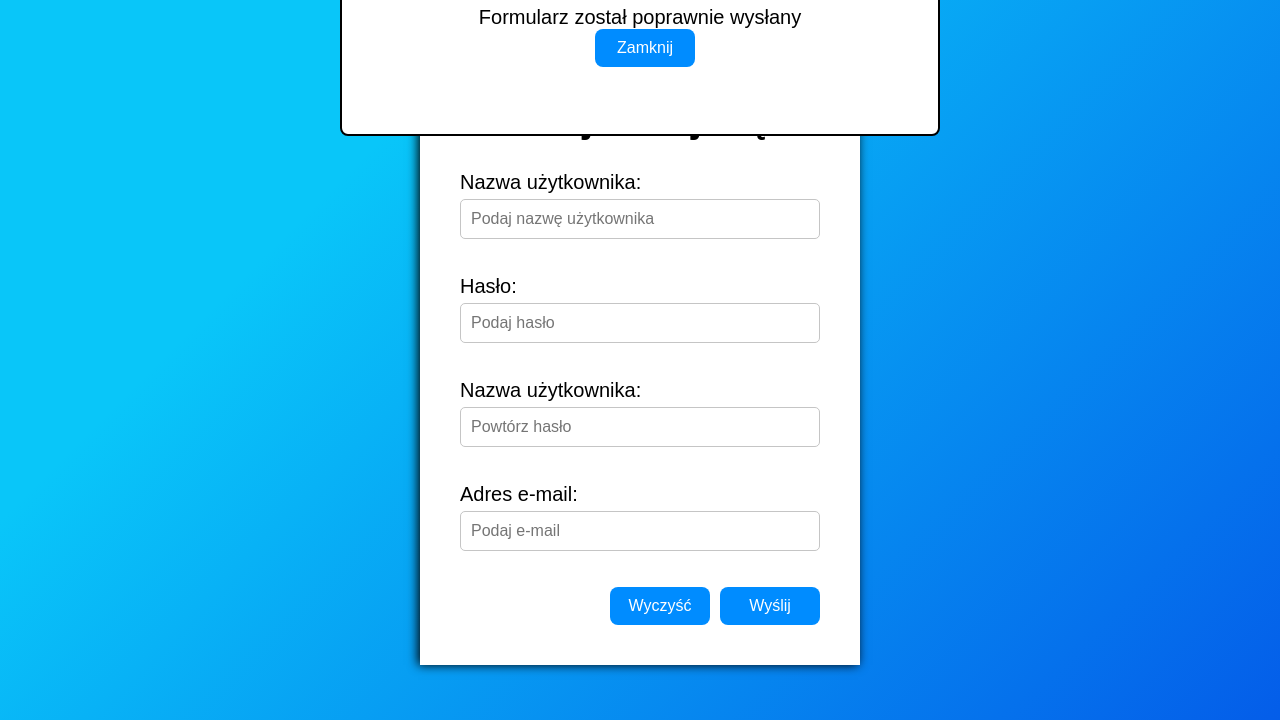
Repository: KrzysKolo/Projekt-3_Formularz-rejestracyjny
Page: index.html
These files come from the project's save history. The page is drawn as it stood at one moment and after the next save; the edit follows.
The browser window is 1280 px wide. The pictures show the whole page.
Some web fonts or font styles are not loaded; a fallback is used.

Above is the page before, as saved 2020-07-04 03:47:19.

After the next save:
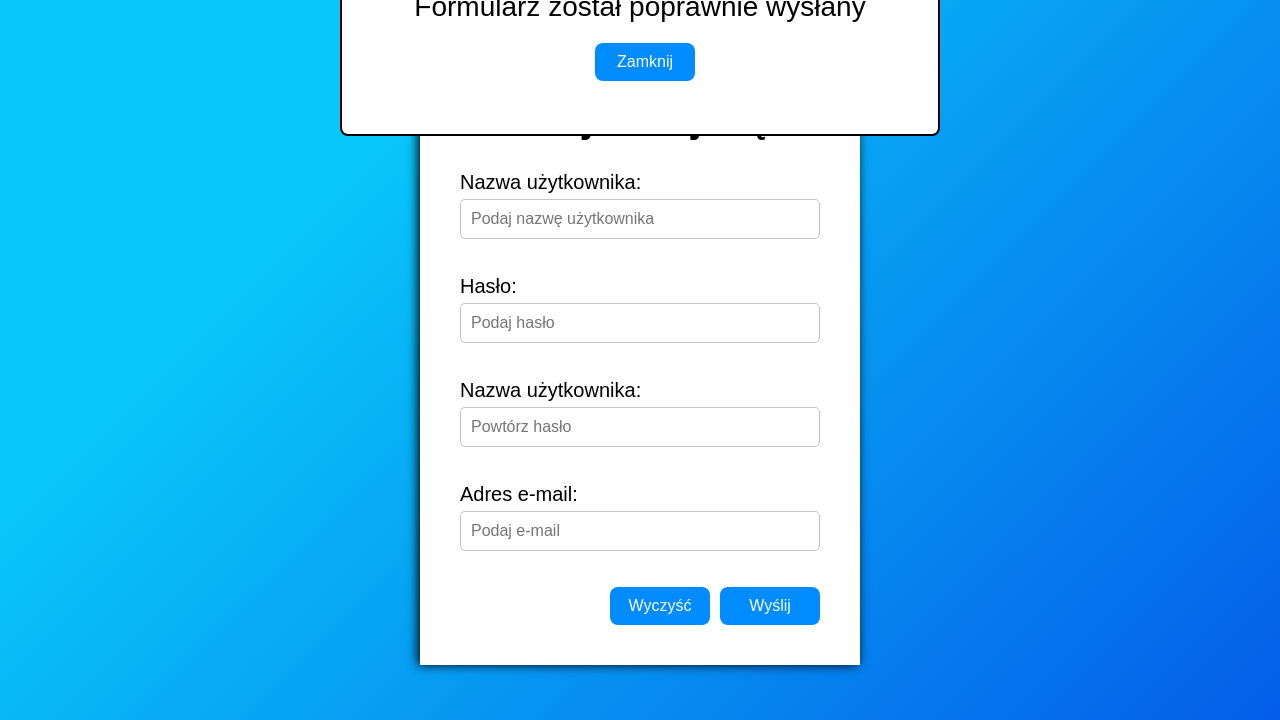
Saved 79 s later.
--- a/css/style.css
+++ b/css/style.css
@@ -92,3 +92,10 @@ h1 {
   border-radius: 8px;
   border: 2px solid black;
 }
+.popup p {
+  font-size: 28px;
+}
+
+.popup .close {
+  margin-top: 20px;
+}
